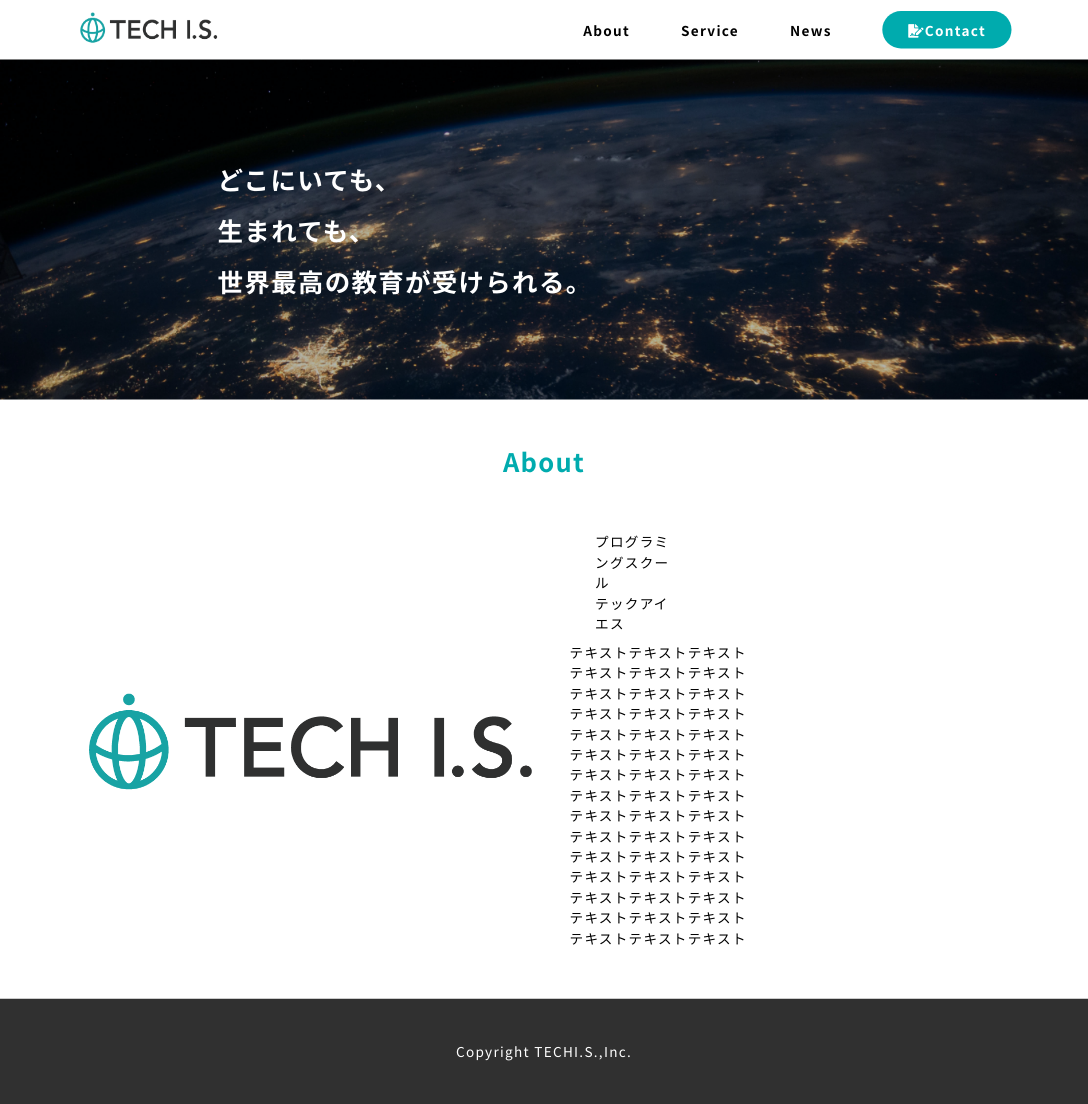
Repository: ryunoesta/lp-techis
Page: indx.html
These files come from the project's save history. The page is drawn as it stood at one moment and after a run of saves; the edit follows.
The browser window is 1280 px wide. The pictures show the whole page, at 85% of full size.

Above is the page before, as saved 2022-06-15 22:20:30.

After the next 3 saves:
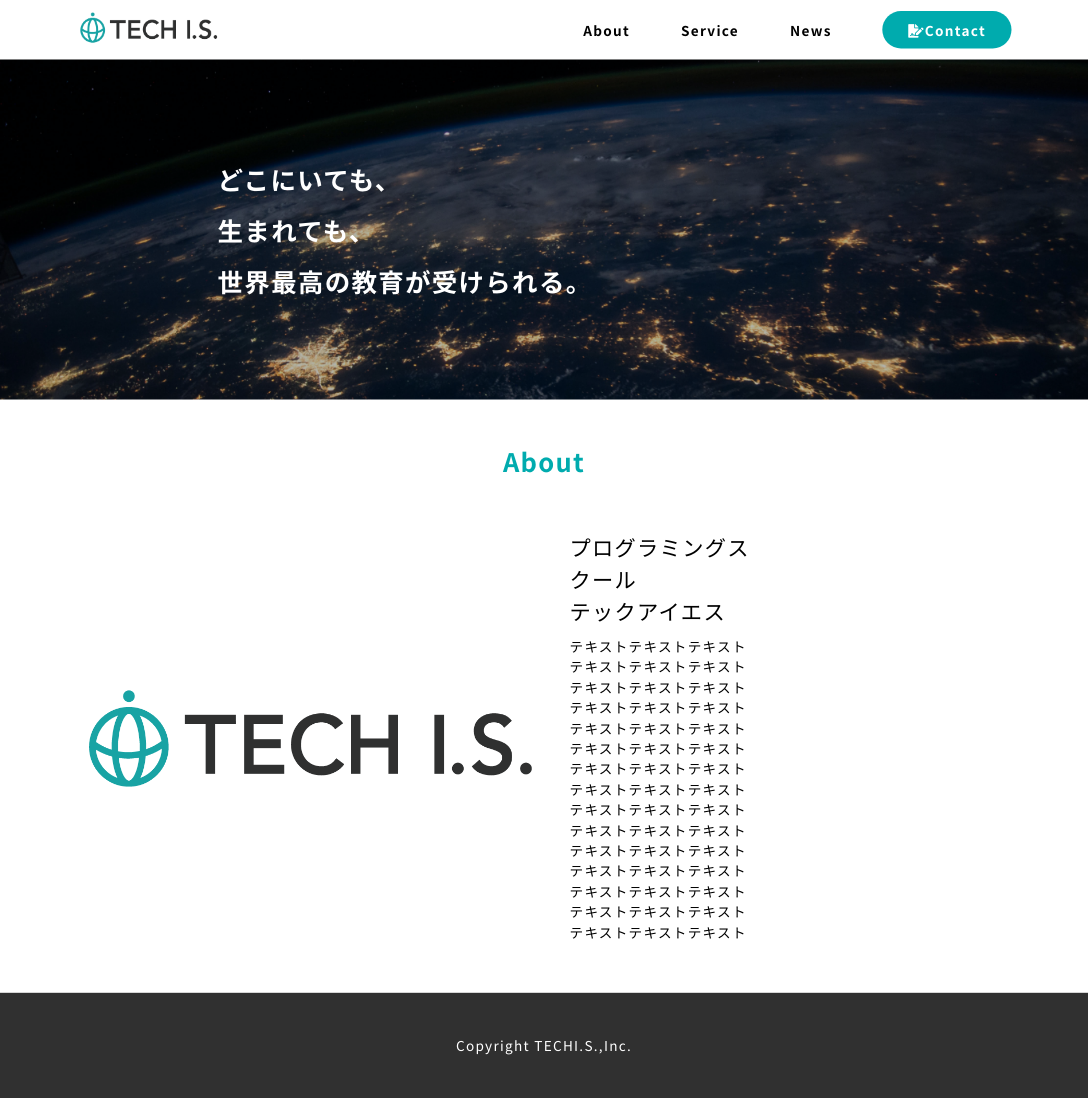
The 3 saves are shown as one change because they came seconds apart.
The last was saved 28 s later.
--- a/CSS/style.css
+++ b/CSS/style.css
@@ -105,9 +105,8 @@
 }
 
 .front-about__item h3 {
-    display: block;
-    width: 40%;
-    margin: auto 30px;
+    font-size: 25px;
+    font
 }
 
 .front-about_txt {
